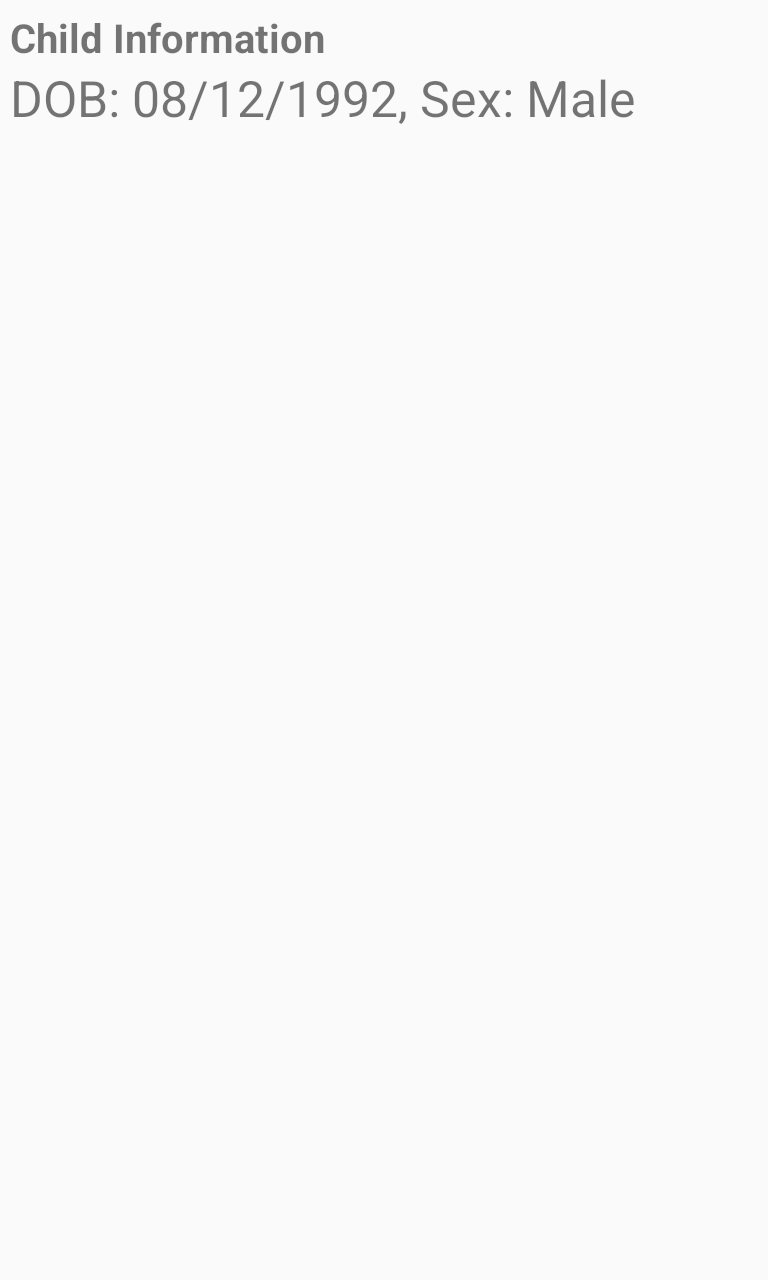
Repository: achavez812/GuatemalaProject2
Layout: GuateMedic-master/GuateMedic/res/layout/fragment_graph_left.xml
The author's editor kept a copy of each file at every save. The layout is drawn from the files as they stood at one save, then again after the next save.
It is drawn on a 768 x 1280 px phone screen (xhdpi) without system bars, with theme AppTheme; the app's code is not run.

Above is the layout before, as saved 2014-07-03 04:00:25.

### GuateMedic-master/GuateMedic/res/layout/fragment_graph_left.xml
<?xml version="1.0" encoding="utf-8"?>
<LinearLayout xmlns:android="http://schemas.android.com/apk/res/android"
    android:layout_width="match_parent"
    android:layout_height="match_parent"
    android:paddingTop="5dp"
    android:paddingLeft="5dp"
    android:orientation="vertical" >

    <TextView
        android:id="@+id/graph_child_header"
        android:layout_width="wrap_content"
        android:layout_height="wrap_content"
        android:textStyle="bold"
        android:textSize="20sp"
        android:text="Child Information"
        />

    <TextView
        android:id="@+id/graph_information"
        android:layout_width="wrap_content"
        android:layout_height="wrap_content"
        android:textSize="25sp"
        android:text="DOB: 08/12/1992, Sex: Male"
        />

    <!--
    <TextView
        android:id="@+id/graph_last_child_visit_header"
        />

    <TextView
        android:id="@+id/graph_last_child_visit_date"
        />

    <TextView
        android:id="@+id/graph_last_child_visit_age"
        />

    <TextView
        android:id="@+id/graph_last_child_visit_weight"
        />

    <TextView
        android:id="@+id/graph_last_child_visit_height"
        />

    <TextView
        android:id="@+id/graph_last_child_visit_bmi"
        />

    <TextView
        android:id="@+id/graph_last_child_visit_weight_z_score"
        />

    <TextView
        android:id="@+id/graph_last_child_visit_height_z_score"
        />

    <TextView
        android:id="@+id/graph_last_child_visit_bmi_z_score"
        />

    -->

    <!-- Graph will go here -->

</LinearLayout>

### GuateMedic-master/GuateMedic/res/values/styles.xml
<resources xmlns:android="http://schemas.android.com/apk/res/android">

    <!--
        Base application theme, dependent on API level. This theme is replaced
        by AppBaseTheme from res/values-vXX/styles.xml on newer devices.
    -->

    <!-- Application theme. -->
    <style name="AppTheme" parent="@style/Theme.AppCompat.Light.DarkActionBar">
        <!-- All customizations that are NOT specific to a particular API-level can go here. -->
    	<item name="android:typeface">sans</item>
        <item name="actionBarStyle">@style/MyActionBar</item>
    	<item name="android:actionBarStyle">@style/MyActionBar</item>
    	<item name="android:actionOverflowButtonStyle">@style/OverFlow</item>
    	<item name="android:popupMenuStyle">@style/MyPopupMenu</item>
    	<item name="popupMenuStyle">@style/MyPopupMenu</item>
        <item name="android:panelBackground">#004d6b</item>
         <item name="android:itemTextAppearance">@style/myCustomMenuTextApearance</item>

    </style>
       <style name="myCustomMenuTextApearance" parent="@android:style/TextAppearance.Widget.IconMenu.Item">
        <item name="android:textColor">#FFFFFF</item>
        <item name="android:textSize">20sp</item>

    </style>
    <style name="MyActionBar" parent="@style/Widget.AppCompat.Light.ActionBar.Solid.Inverse">
        <item name="android:background">#004d6b</item>
        <item name="android:titleTextStyle">@style/TitleText</item>



    </style>

    <style name ="MyPopupMenu" parent="android:Theme.Holo.Light">
        <item name="android:popupBackground">#004d6b</item>
    </style>

    <style name="OverFlow" parent="@android:style/Widget.Holo.ActionButton.Overflow">
    	<item name="android:src">@drawable/ic_action_overflow</item>
	</style>
    <style name="TitleText">
        <item name="android:textColor">#FFFFFF</item>
        <item name="android:typeface">sans</item>
        <item name="android:textSize">30sp</item>

    </style>
	<!--
	<style name="HomePage" parent="AppTheme">
	<item name="android:background"> @drawable/guatemala_home_bg </item>
	</style>
	    -->





</resources>

After the next save:
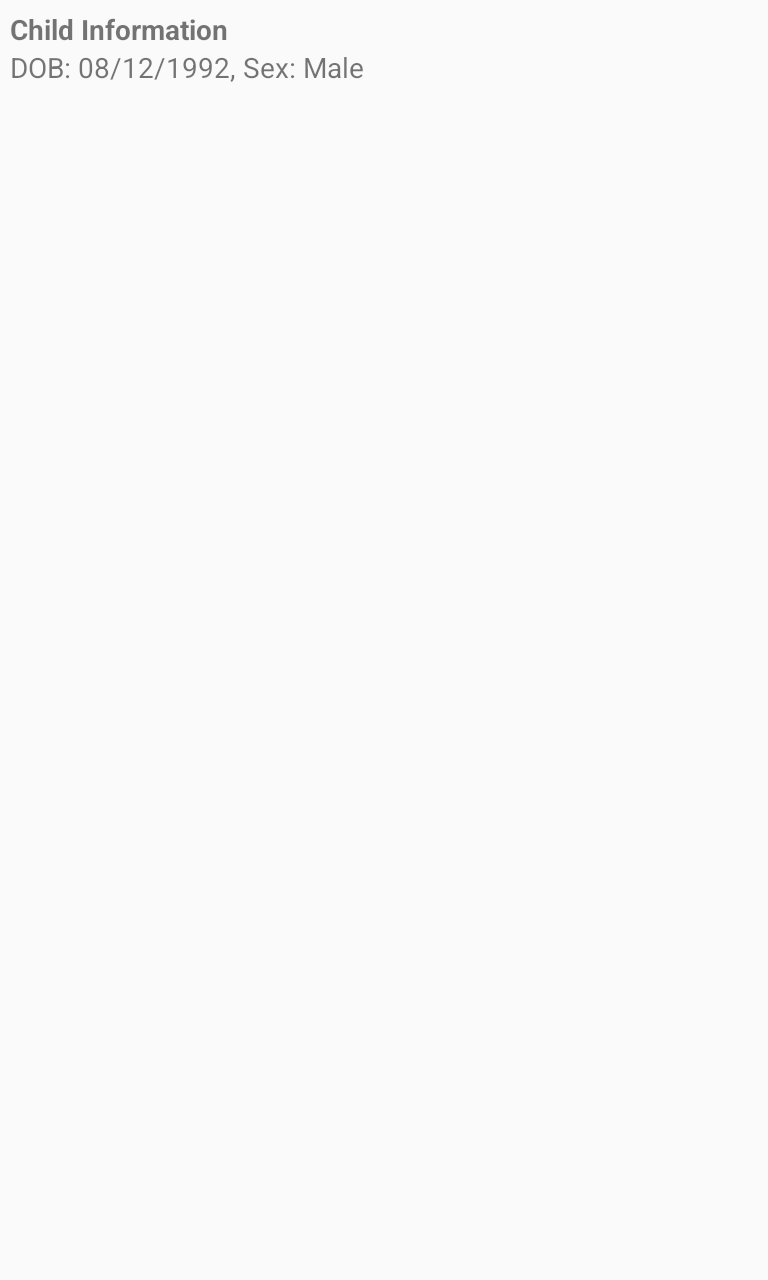
Saved 7 s later.
--- a/GuateMedic-master/GuateMedic/res/layout/fragment_graph_left.xml
+++ b/GuateMedic-master/GuateMedic/res/layout/fragment_graph_left.xml
@@ -11,7 +11,6 @@
         android:layout_width="wrap_content"
         android:layout_height="wrap_content"
         android:textStyle="bold"
-        android:textSize="20sp"
         android:text="Child Information"
         />
 
@@ -19,7 +18,6 @@
         android:id="@+id/graph_information"
         android:layout_width="wrap_content"
         android:layout_height="wrap_content"
-        android:textSize="25sp"
         android:text="DOB: 08/12/1992, Sex: Male"
         />
 
